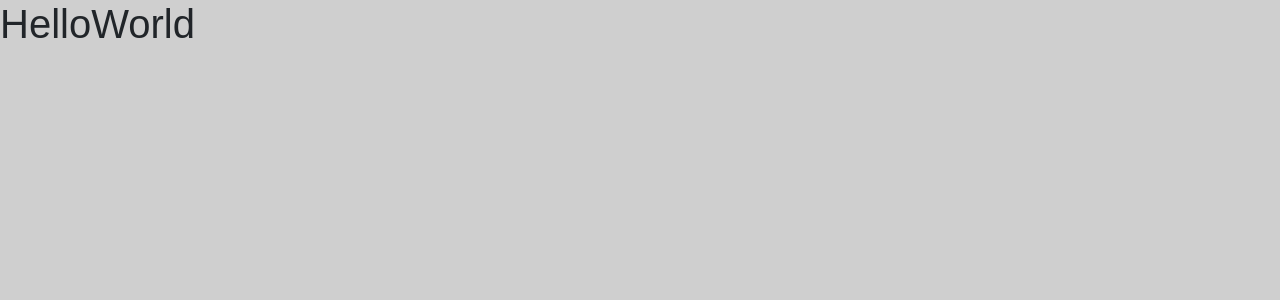
Repository: arehmanraza/lawyer_website
Page: Pages/index.html
These files come from the project's save history. The page is drawn as it stood at one moment and after the next save; the edit follows.
The browser window is 1280 px wide. The pictures show the whole page.

Above is the page before, as saved 2024-05-22 00:49:22.

### Pages/index.html
<!doctype html>
<html lang="en">
  <head>
    <meta charset="utf-8">
    <meta name="viewport" content="width=device-width, initial-scale=1">
    <title>The Lawyer</title>
    <link rel="stylesheet" href="/Styling/style.css">
    <link href="https://cdn.jsdelivr.net/npm/bootstrap@5.3.3/dist/css/bootstrap.min.css" rel="stylesheet" integrity="sha384-QWTKZyjpPEjISv5WaRU9OFeRpok6YctnYmDr5pNlyT2bRjXh0JMhjY6hW+ALEwIH" crossorigin="anonymous">
  </head>
  <body>
    <div class="main-container">
<h1>HelloWorld</h1>
    </div>
    <script src="https://cdn.jsdelivr.net/npm/bootstrap@5.3.3/dist/js/bootstrap.bundle.min.js" integrity="sha384-YvpcrYf0tY3lHB60NNkmXc5s9fDVZLESaAA55NDzOxhy9GkcIdslK1eN7N6jIeHz" crossorigin="anonymous"></script>
  </body>
</html>

### Styling/style.css
*{
    margin: 0;
    padding: 0;
    box-sizing: border-box;
    font-family: Arial, Helvetica, sans-serif, "Montserrat";
}
.main-container{
    background-color: #cfcfcf;
    width: 100%;
    height: 100vh;
}

After the next save:
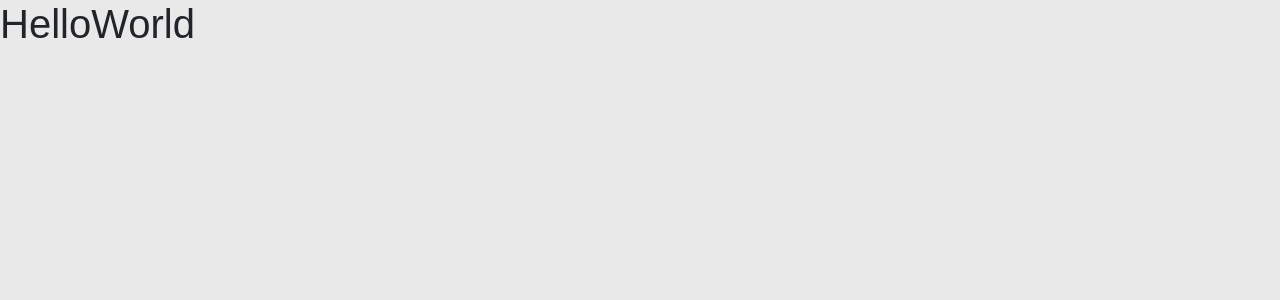
Saved 7 s later.
--- a/Styling/style.css
+++ b/Styling/style.css
@@ -5,7 +5,7 @@
     font-family: Arial, Helvetica, sans-serif, "Montserrat";
 }
 .main-container{
-    background-color: #cfcfcf;
+    background-color: #e9e9e9;
     width: 100%;
     height: 100vh;
 }
